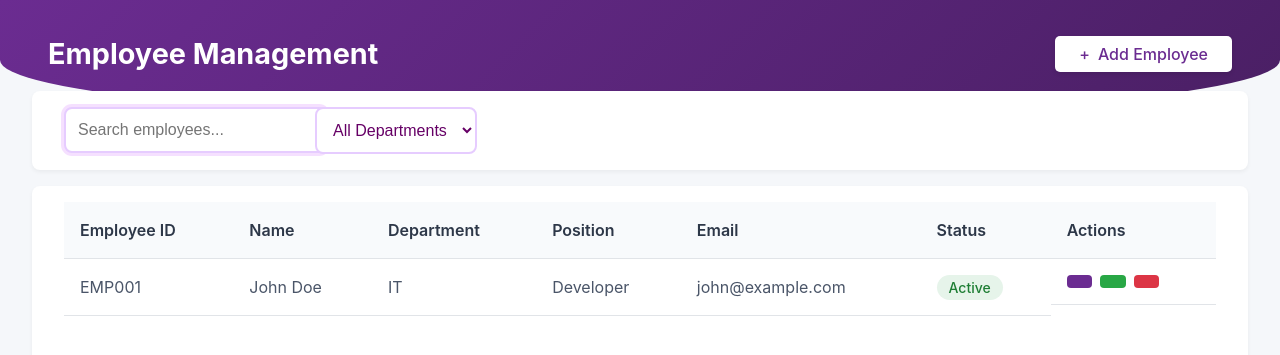
Repository: nino-pixel/payrolllatest
Page: /employees (app in web_vue/)
The author's editor kept a copy of each file at every save. The page is drawn from the files as they stood at one save, then again after the next save.
The browser window is 1280 px wide. The pictures show the whole page.
The project was rebuilt for these pictures with package versions that can differ from the ones it lists, and the page was loaded fresh each time. Also part of the build but not shown: web_vue/vite.config.js, web_vue/src/components/login_page.vue, web_vue/src/components/sign_up.vue, web_vue/src/components/dashboard.vue, web_vue/src/components/attendance_management.vue, web_vue/src/components/generate_payroll.vue.

Above is the page before, as saved 2024-12-19 02:23:07.

After the next save:
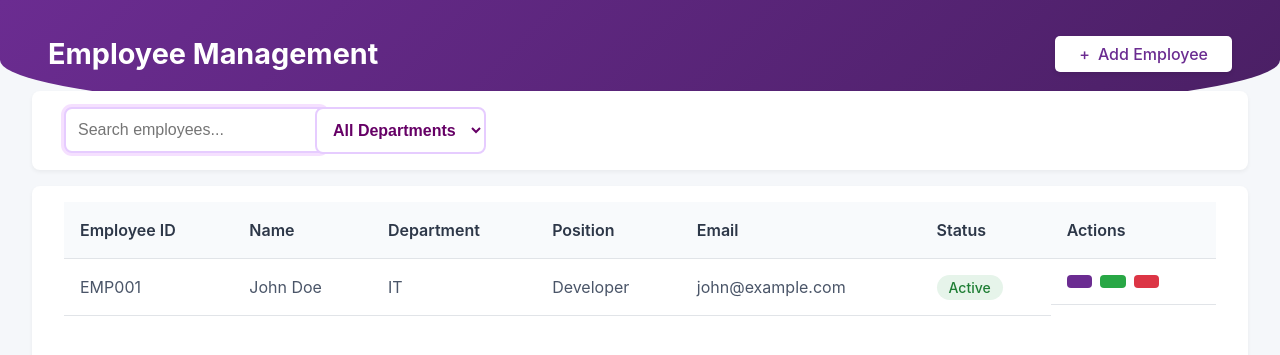
Saved 8 s later.
--- a/web_vue/src/components/employee_management.vue
+++ b/web_vue/src/components/employee_management.vue
@@ -449,7 +449,7 @@ th {
 select{
     background-color: #f2e6ff;
     color: #a880c7;
-    font-weight:;
+    font-weight:bold;
 }
 .modal-content {
   background: white;
